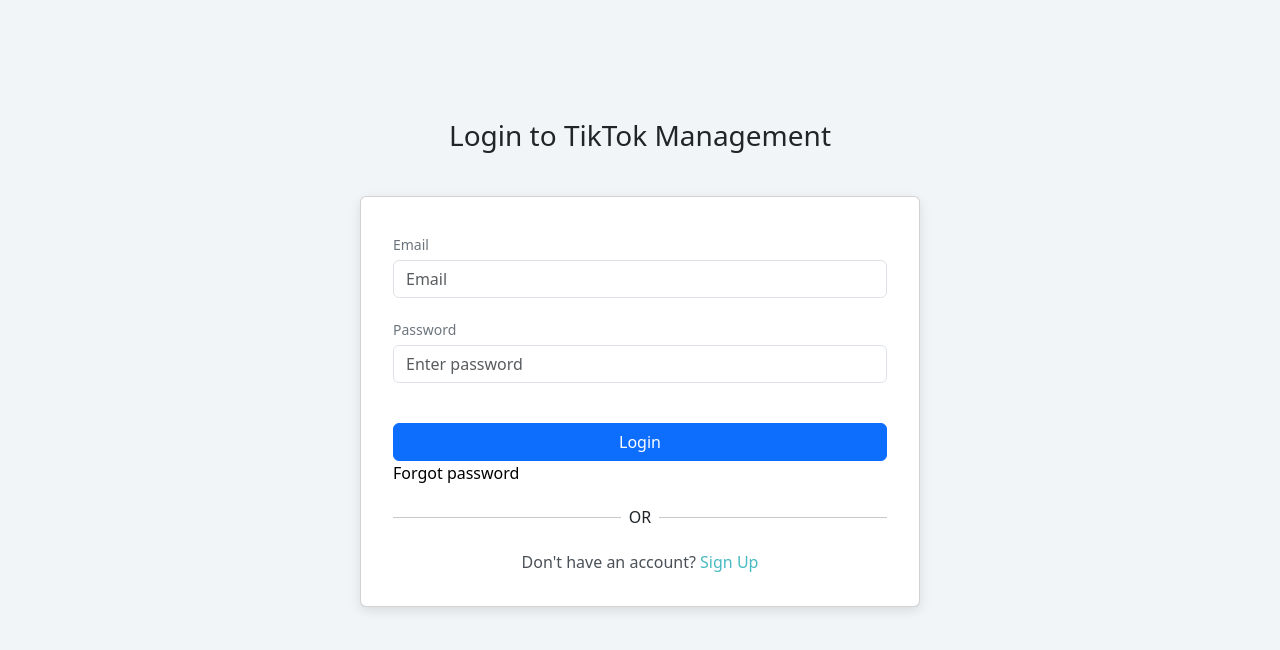
Repository: chaolaolo/tikcrm-fe
Page: /
An editor plug-in stored every save of this project. The page is shown before and after the next save, followed by the edit.
The browser window is 1280 px wide. The pictures show the whole page.
The project was rebuilt for these pictures with package versions that can differ from the ones it lists, and the page was loaded fresh each time. Also part of the build but not shown: vite.config.ts, src/pages/Home/Settings.tsx, src/pages/Home/HomePage.tsx. Imported but missing from the stored project, and not drawn on this page: src/pages/Home/Dashboard, src/pages/Register/RegisterPage.

Above is the page before, as saved 2025-05-22 22:50:22.

### src/main.tsx
import React, { StrictMode } from 'react'
import ReactDOM from 'react-dom/client';
import { createRoot } from 'react-dom/client'
import './index.css'
import { BrowserRouter } from 'react-router-dom';
import { AuthProvider } from './store/AuthContext.tsx';
import App from './App.tsx'
import 'antd/dist/reset.css';
import 'bootstrap/dist/css/bootstrap.min.css';
import 'bootstrap/dist/js/bootstrap.bundle.min.js';

ReactDOM.createRoot(document.getElementById('root')!).render(
  <React.StrictMode>
    <AuthProvider>
      <BrowserRouter>
        <App />
      </BrowserRouter>
    </AuthProvider>
  </React.StrictMode>
)

### src/store/AuthContext.tsx
import React, { createContext, useContext, useState, type ReactNode } from 'react';

interface AuthContextProps {
  isLoggedIn: boolean;
  login: () => void;
  logout: () => void;
}

const AuthContext = createContext<AuthContextProps | undefined>(undefined);

export const AuthProvider = ({ children }: { children: ReactNode }) => {
  const [isLoggedIn, setIsLoggedIn] = useState(false);

  const login = () => setIsLoggedIn(true);
  const logout = () => setIsLoggedIn(false);

  return (
    <AuthContext.Provider value={{ isLoggedIn, login, logout }}>
      {children}
    </AuthContext.Provider>
  );
};

export const useAuth = () => {
  const context = useContext(AuthContext);
  if (!context) throw new Error('useAuth must be used within AuthProvider');
  return context;
};

### src/App.tsx
import { useState } from 'react'
import reactLogo from './assets/react.svg'
import viteLogo from '/vite.svg'
import './App.css'
import { useAuth } from './store/AuthContext';
import { Navigate, Route, Routes } from 'react-router-dom';
import LoginPage from './pages/Auth/LoginPage';
import RegisterPage from './pages/Register/RegisterPage';
import HomePage from './pages/Home/HomePage';
import 'bootstrap/dist/css/bootstrap.min.css';
import 'bootstrap/dist/js/bootstrap.bundle.min.js';
import 'antd/dist/reset.css'

const App = () => {
  const { isLoggedIn } = useAuth();

  return (
    <Routes>
      <Route path="/login" element={<LoginPage />} />
      <Route path="/register" element={<RegisterPage />} />
      <Route path="/forgot-password" element={<RegisterPage />} />
      <Route
        path="/home/*"
        element={isLoggedIn ? <HomePage /> : <Navigate to="/login" />}
      />
      <Route path="*" element={<Navigate to={isLoggedIn ? "/home" : "/login"} />} />
    </Routes>
  );
};

export default App;

### src/pages/Auth/LoginPage.tsx
import React from 'react';
import 'bootstrap/dist/css/bootstrap.min.css';
import { Link } from 'react-router-dom';

const LoginPage: React.FC = () => {
  return (
    <div style={{
      backgroundColor: '#f1f5f7', // Màu light của Bootstrap
      position: 'fixed',
      top: 0,
      left: 0,
      right: 0,
      bottom: 0,
      overflow: 'auto'
    }}>
      <div className="d-flex justify-content-center align-items-center min-vh-100 p-3">
        <div className="w-100" style={{ maxWidth: '600px', }}>
          <p className="text-center mb-8 fs-3 fw-normal">Login to TikTok Management</p>
          <div className="card p-8 " style={{
            marginTop: '40px',
            marginLeft: '20px',
            marginRight: '20px',
            backgroundColor: 'white',
            boxShadow: '0 4px 12px rgba(0, 0, 0, 0.1)'
          }}>
            <form>
              <div className="mb-3 text-start">
                <label htmlFor="email" className="col-sm-2 col-form-label col-form-label-sm text-secondary">Email</label>
                <input
                  type="email"
                  className="form-control"
                  id="email"
                  placeholder="Email"
                />
              </div>

              <div className="mb-3 text-start">
                <label htmlFor="password" className="col-sm-2 col-form-label col-form-label-sm text-secondary">Password</label>
                <input
                  type="password"
                  className="form-control"
                  id="password"
                  placeholder="Enter password"
                />
              </div>

              <button type="submit" className="btn btn-primary w-100 mt-4">Login</button>

              <div className="mb-3 text-start">
                <Link to="/forgot-password"
                  className="text-decoration-none text-black fw-normal" style={{ fontSize: '16px', color: '#47bac1' }}>
                  Forgot password
                </Link>
                {/* <a href="#forgot-password" className=" text-decoration-none">Forgot password</a> */}
              </div>

              <div className="d-flex align-items-center mb-3">
                <hr className="flex-grow-1" />
                <span className="px-2">OR</span>
                <hr className="flex-grow-1" />
              </div>

              <div className="text-center">
                <span className='text-light-emphasis'>Don't have an account? </span>
                <Link to="/register"
                  className="text-decoration-none  fw-normal" style={{ fontSize: '16px' , color: '#47bac1'}}>
                  Sign Up
                </Link>
                {/* <a href="#signup" className="text-decoration-none">Sign up</a> */}
              </div>
            </form>
          </div>
        </div>
      </div>
    </div>
  );
};

export default LoginPage;

Loaded but not shown: index.html (common file); src/index.css (common file); src/App.css (common file)

After the next save:
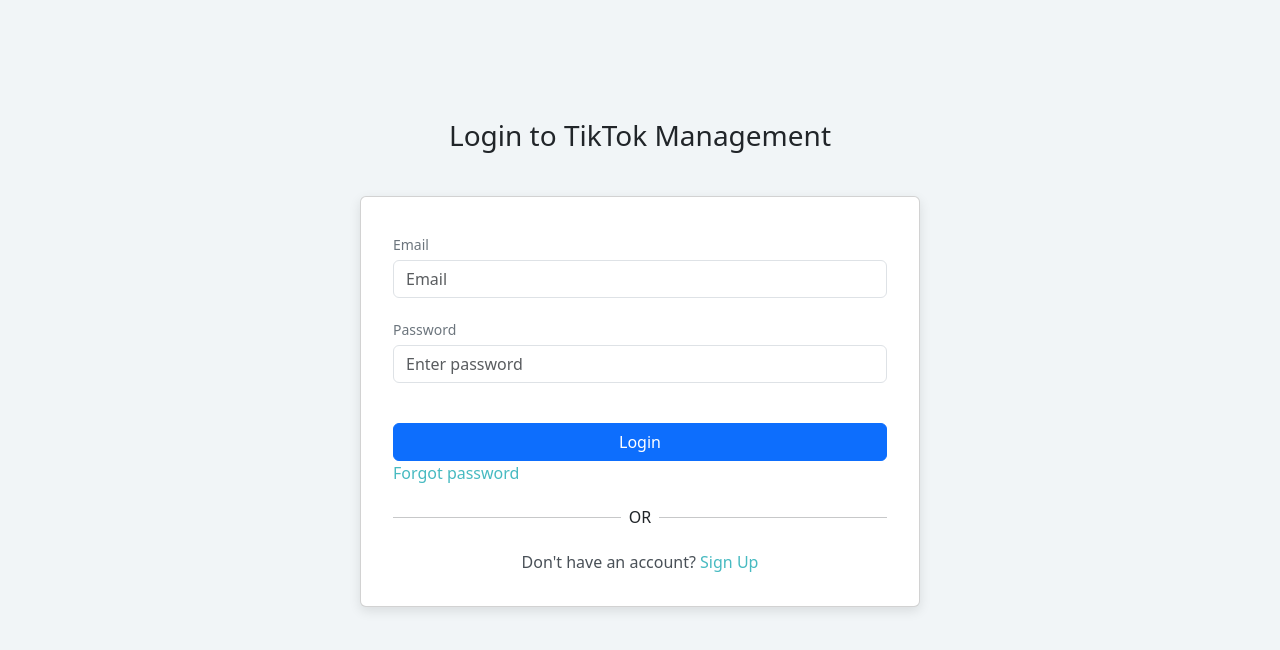
Saved 23 s later.
--- a/src/pages/Auth/LoginPage.tsx
+++ b/src/pages/Auth/LoginPage.tsx
@@ -48,7 +48,7 @@
 
               <div className="mb-3 text-start">
                 <Link to="/forgot-password"
-                  className="text-decoration-none text-black fw-normal" style={{ fontSize: '16px', color: '#47bac1' }}>
+                  className="text-decoration-none fw-normal" style={{ fontSize: '16px', color: '#47bac1'}}>
                   Forgot password
                 </Link>
                 {/* <a href="#forgot-password" className=" text-decoration-none">Forgot password</a> */}
